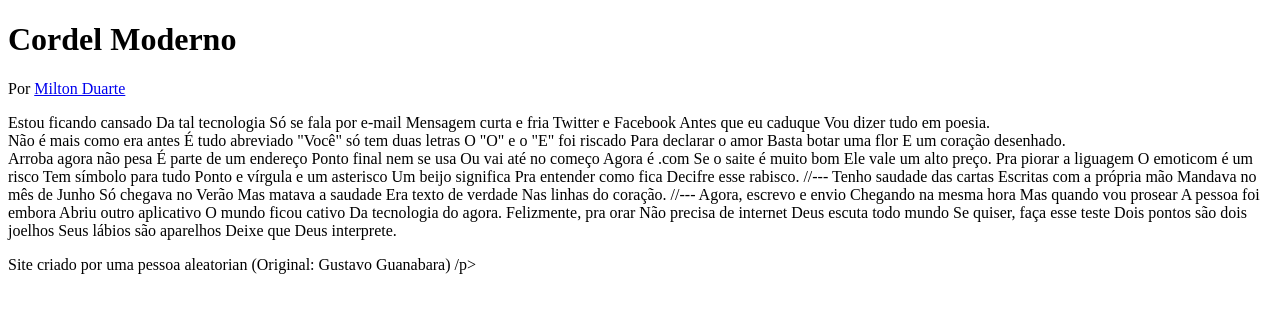
Repository: Codigo404q/html-css
Page: AHAHAHAHAHAHAHHHHHHHHHAHAHAHAHAHAHHAHAH/d012/index.html
An editor plug-in stored every save of this project. The page is shown before and after the next save, followed by the edit.
The browser window is 1280 px wide. The pictures show the whole page.

Above is the page before, as saved 2024-01-07 22:39:08.

After the next save:
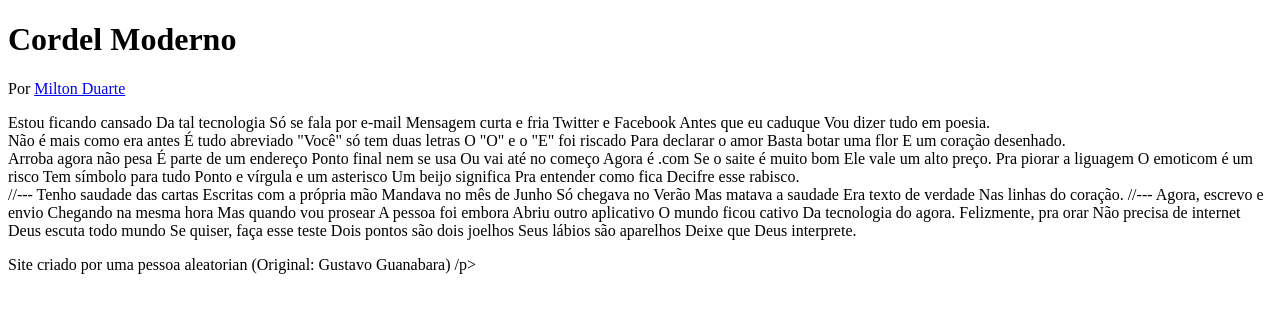
Saved 22 s later.
--- a/AHAHAHAHAHAHAHHHHHHHHHAHAHAHAHAHAHHAHAH/d012/index.html
+++ b/AHAHAHAHAHAHAHHHHHHHHHAHAHAHAHAHAHHAHAH/d012/index.html
@@ -35,21 +35,22 @@
     </section>
 
 
-    Arroba agora não pesa
-    É parte de um endereço
-    Ponto final nem se usa
-    Ou vai até no começo
-    Agora é .com
-    Se o saite é muito bom
-    Ele vale um alto preço.
-
-    Pra piorar a liguagem
-    O emoticom é um risco
-    Tem símbolo para tudo
-    Ponto e vírgula e um asterisco
-    Um beijo significa
-    Pra entender como fica
-    Decifre esse rabisco.
+    <section>
+        Arroba agora não pesa
+        É parte de um endereço
+        Ponto final nem se usa
+        Ou vai até no começo
+        Agora é .com
+        Se o saite é muito bom
+        Ele vale um alto preço.
+        Pra piorar a liguagem
+        O emoticom é um risco
+        Tem símbolo para tudo
+        Ponto e vírgula e um asterisco
+        Um beijo significa
+        Pra entender como fica
+        Decifre esse rabisco.
+    </section>
 
     //---
 
